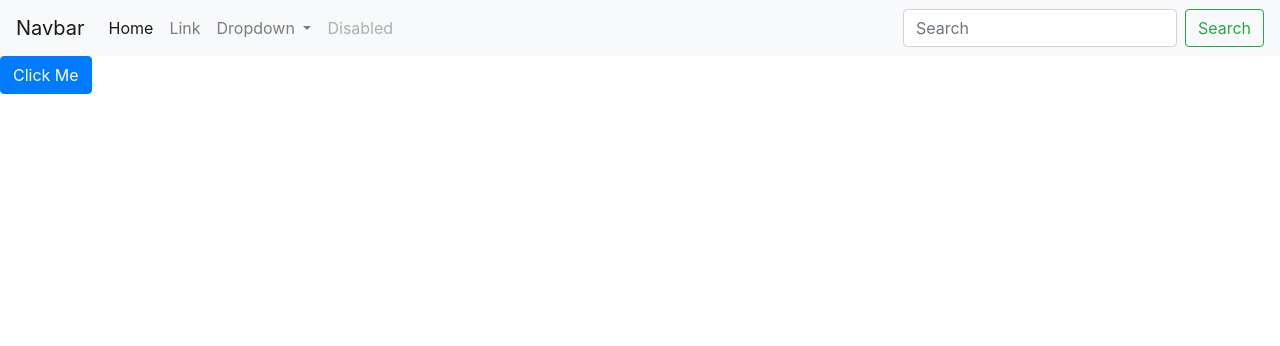
Repository: nashthecoder/vuebasics
Page: / (app in vue-app/demo/)
The author's editor kept a copy of each file at every save. The page is drawn from the files as they stood at one save, then again after the next save.
The browser window is 1280 px wide. The pictures show the whole page.
The project was rebuilt for these pictures with package versions that can differ from the ones it lists, and the page was loaded fresh each time. Also part of the build but not shown: vue-app/demo/src/components/HelloWorld.vue.

Above is the page before, as saved 2021-01-06 19:43:30.

After the next save:
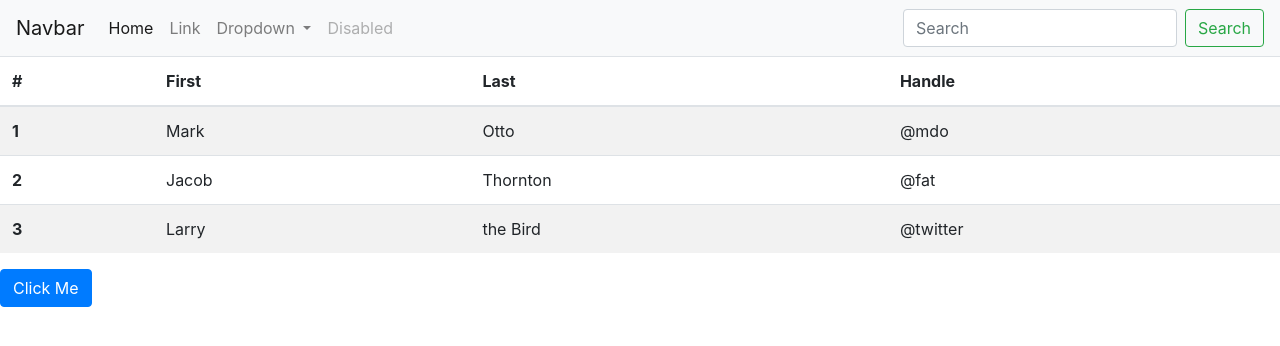
Saved 7 min 48 s later.
--- a/vue-app/demo/src/components/Posts.vue
+++ b/vue-app/demo/src/components/Posts.vue
@@ -1,6 +1,35 @@
 <template>
   <div>
-
+    <table class="table table-striped">
+  <thead>
+    <tr>
+      <th scope="col">#</th>
+      <th scope="col">First</th>
+      <th scope="col">Last</th>
+      <th scope="col">Handle</th>
+    </tr>
+  </thead>
+  <tbody>
+    <tr>
+      <th scope="row">1</th>
+      <td>Mark</td>
+      <td>Otto</td>
+      <td>@mdo</td>
+    </tr>
+    <tr>
+      <th scope="row">2</th>
+      <td>Jacob</td>
+      <td>Thornton</td>
+      <td>@fat</td>
+    </tr>
+    <tr>
+      <th scope="row">3</th>
+      <td>Larry</td>
+      <td>the Bird</td>
+      <td>@twitter</td>
+    </tr>
+  </tbody>
+</table>
     <button class="btn btn-primary">Click Me</button>
 
   </div>
